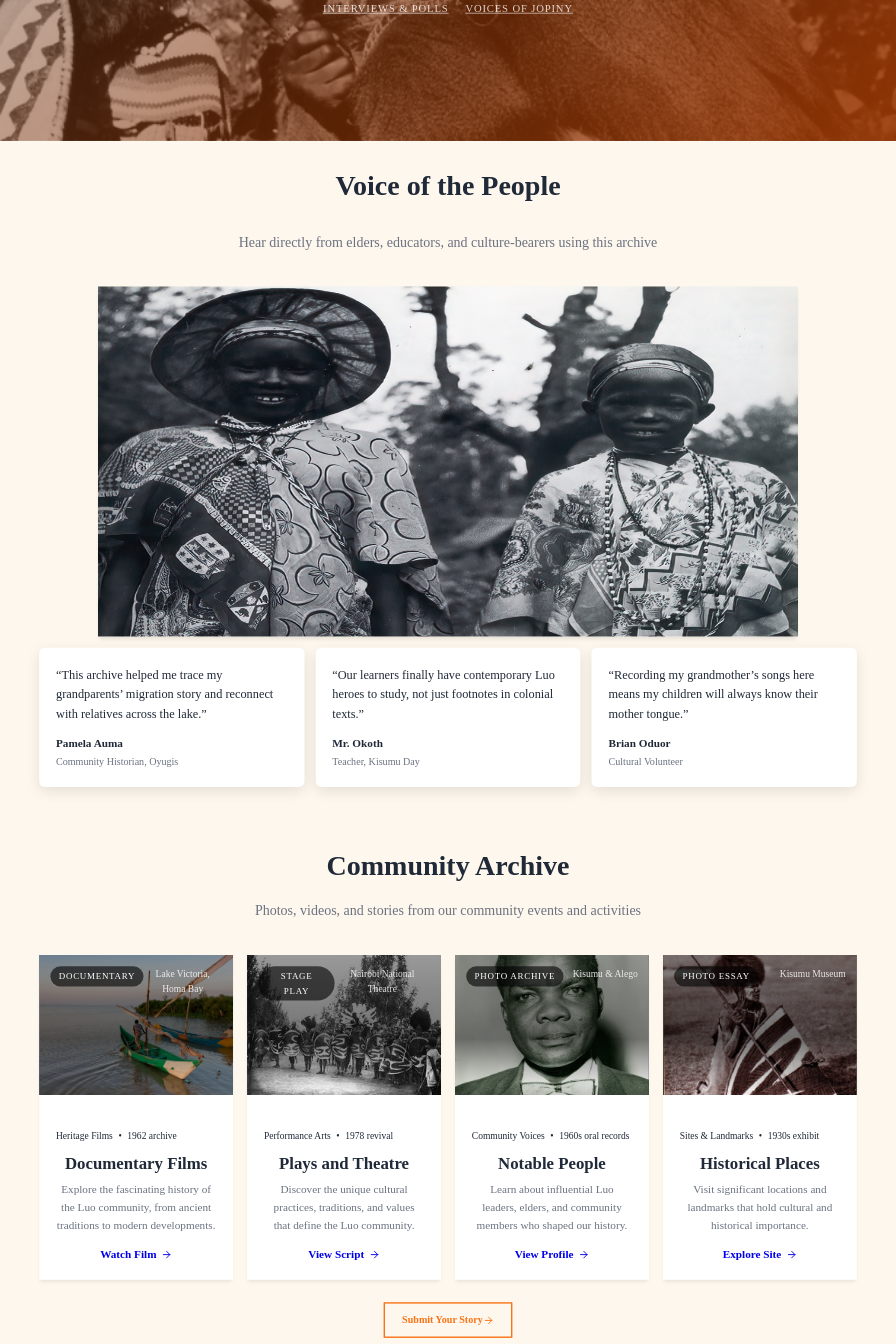
Repository: ianfranko/luo-community-history
Page: /
An editor plug-in stored every save of this project. The page is shown before and after the next save, followed by the edit.
The browser window is 1280 px wide. The pictures show the part of the page from y = 526 to 2446 px (the page is 4015 px tall before and 3076 px after), at 70% of full size.
The project was rebuilt for these pictures with package versions that can differ from the ones it lists, and the page was loaded fresh each time. The framework's server and built-in components were replaced by stand-ins that run in the browser. Also part of the build but not shown: next.config.ts.

Above is the page before, as saved 2025-11-23 07:21:35.

After the next save:
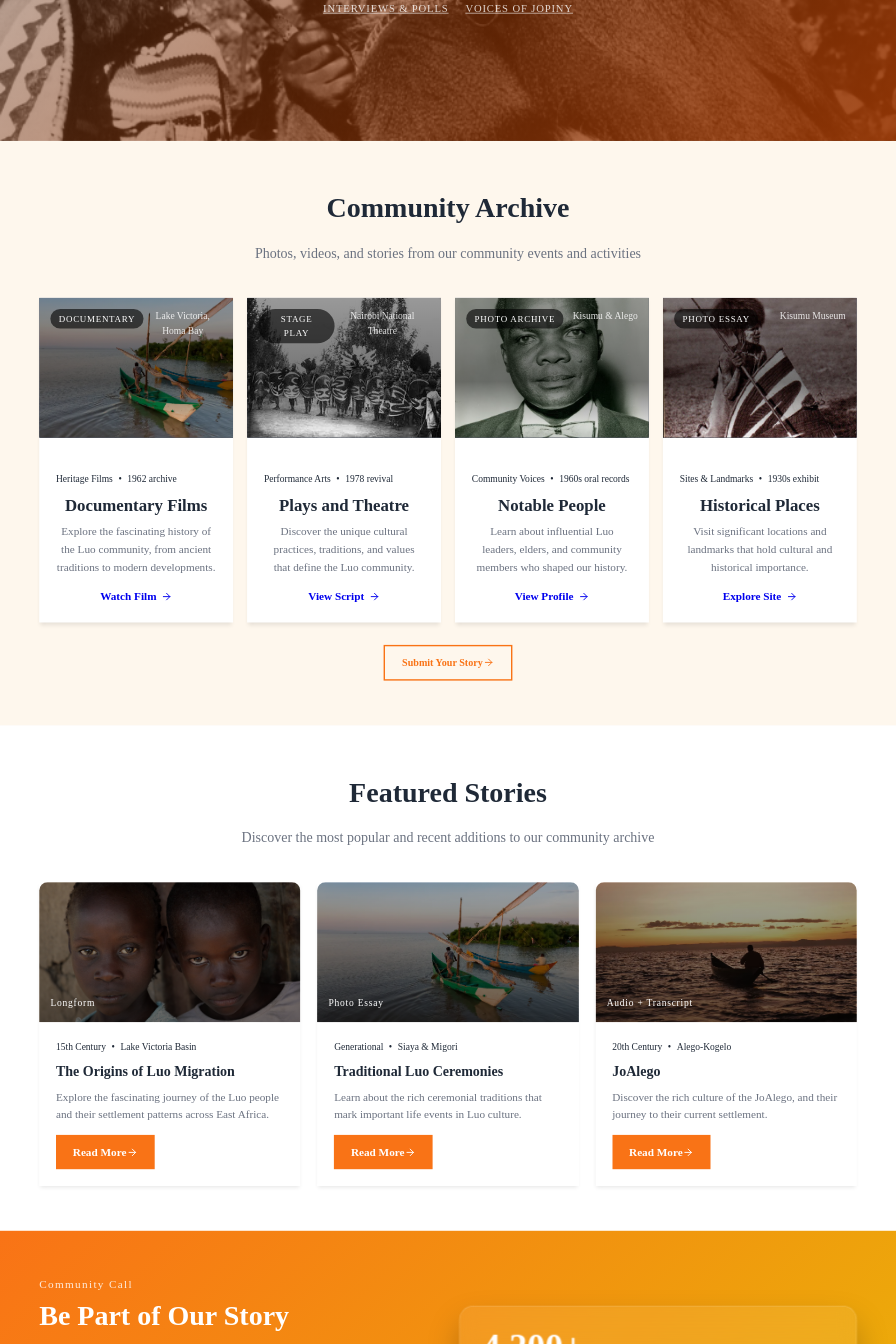
Saved 90 s later.
--- a/src/app/page.tsx
+++ b/src/app/page.tsx
@@ -184,47 +184,7 @@ export default function Home() {
           </div>
         </div>
       </section>*/}
-      <section
-  id="voices"
-  className="h-[80vh] flex flex-col items-center justify-start overflow-hidden pt-6"
->
-  <div className="container py-4 max-w-6xl mx-auto flex flex-col h-full">
-
-    {/* Title */}
-    <h2 className="section-title py-4 text-center mb-1">Voice of the People</h2>
-
-    {/* Subtitle */}
-    <p className="section-subtitle text-center mb-4">
-      Hear directly from elders, educators, and culture-bearers using this archive
-    </p>
-
-    {/* IMAGE (fixed height, always fits) */}
-    <div className="flex justify-center max-h-[2vh] mb-4">
-  <Image
-    src="/luo_03.jpg"
-    alt="Community Archive"
-    width={1000}
-    height={500}
-    className="object-cover w-full max-w-2xl h-[80px] shadow"/>
-</div>
-
-    {/* TESTIMONIALS — auto-fill remaining space */}
-    <div className="grid grid-cols-1 md:grid-cols-3 gap-4 flex-grow overflow-hidden">
-      {testimonials.map((voice) => (
-        <blockquote key={voice.name} className="testimonial-card overflow-hidden p-4">
-          <p className="testimonial-quote text-sm">
-            “{voice.quote}”
-          </p>
-          <div className="testimonial-author mt-2">
-            <span className="author-name font-semibold">{voice.name}</span>
-            <br />
-            <span className="author-title text-xs">{voice.title}</span>
-          </div>
-        </blockquote>
-      ))}
-    </div>
-  </div>
-</section>
+
 
 
       {/* Gallery Section */}
